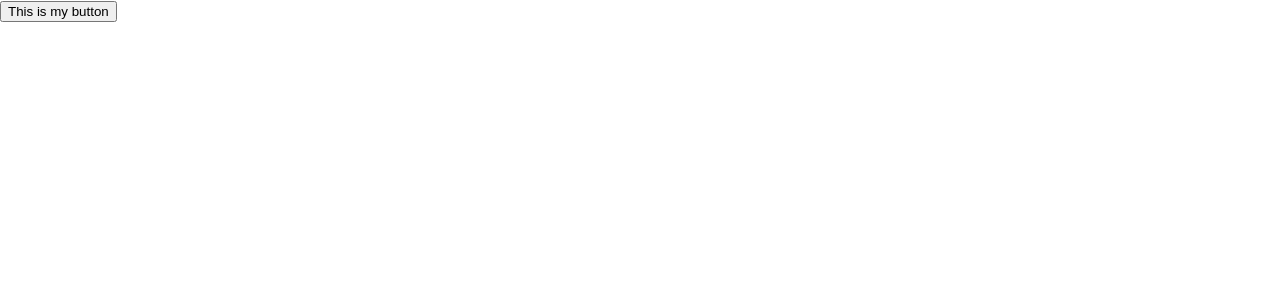
Repository: ZahirA1i/form-using-next
Page: /
An editor plug-in stored every save of this project. The page is shown before and after the next save, followed by the edit.
The browser window is 1280 px wide. The pictures show the whole page.
The project was rebuilt for these pictures with package versions that can differ from the ones it lists, and the page was loaded fresh each time. The framework's server and built-in components were replaced by stand-ins that run in the browser. Also part of the build but not shown: next.config.js, styles/Home.module.css.

Above is the page before, as saved 2022-09-14 12:42:22.

After the next save:
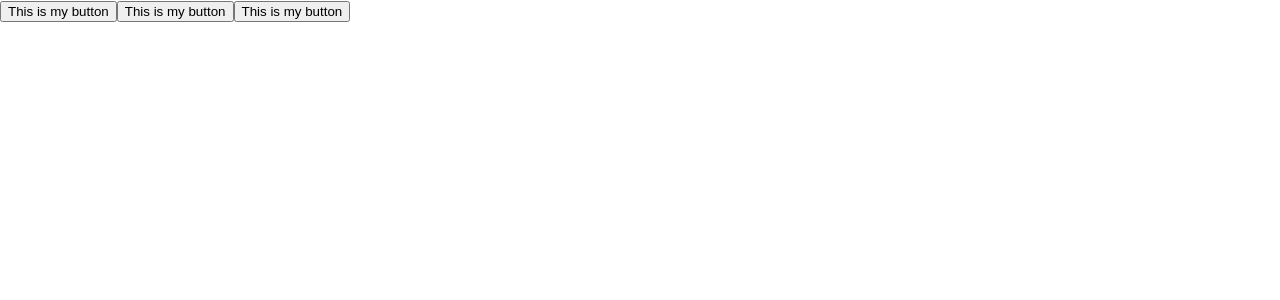
Saved 15 s later.
--- a/pages/index.js
+++ b/pages/index.js
@@ -8,6 +8,8 @@ export default function Home() {
   return (
     <div>
       <ButtonArea/>
+      <ButtonArea/>
+      <ButtonArea/>
     </div>
   )
 }
